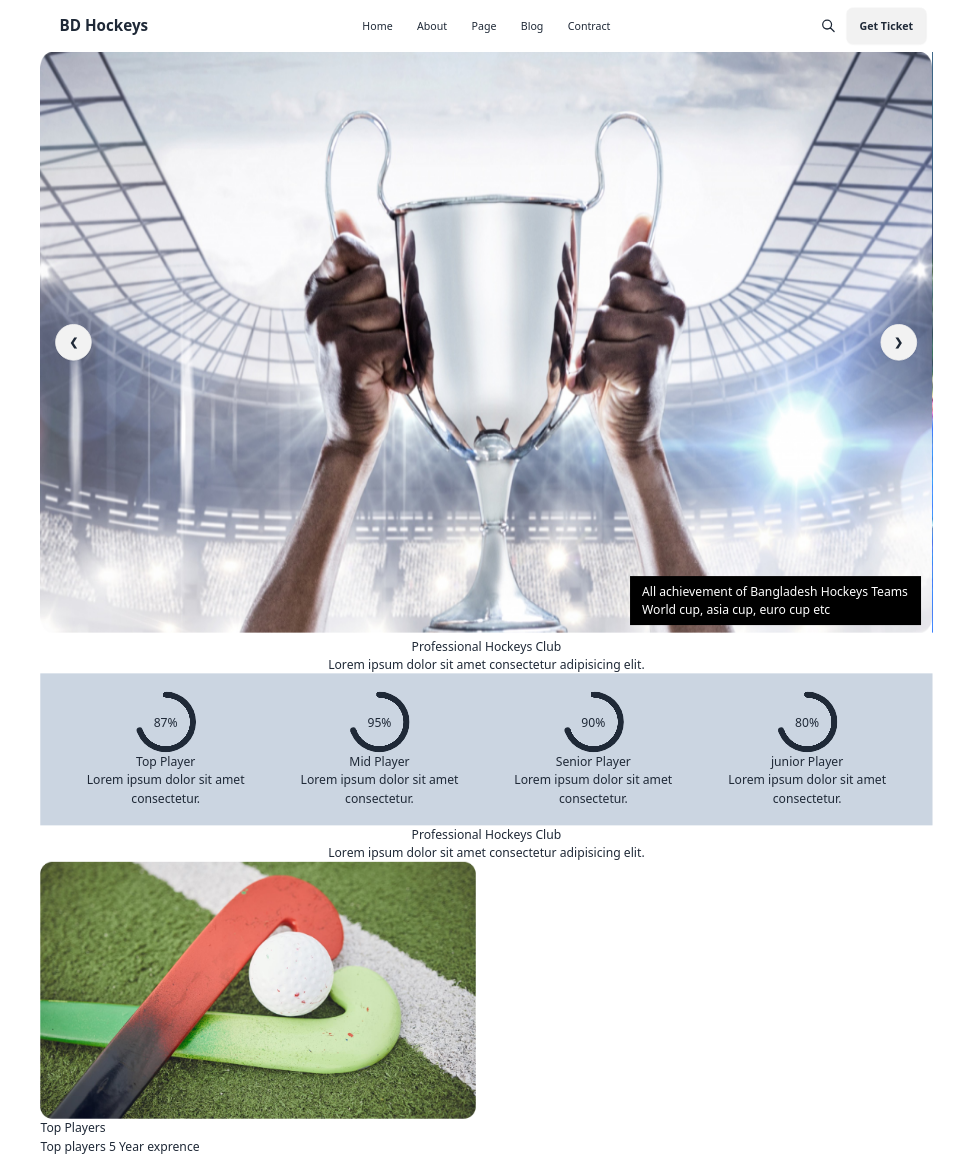
Repository: sumonkumarsarkar/bd-hockeys-team
Page: index.html
The author's editor kept a copy of each file at every save. The page is drawn from the files as they stood at one save, then again after the next save.
The browser window is 1280 px wide. The pictures show the whole page, at 76% of full size.
Some web libraries are served in a nearby version.

Above is the page before, as saved 2024-01-23 15:58:00.

After the next save:
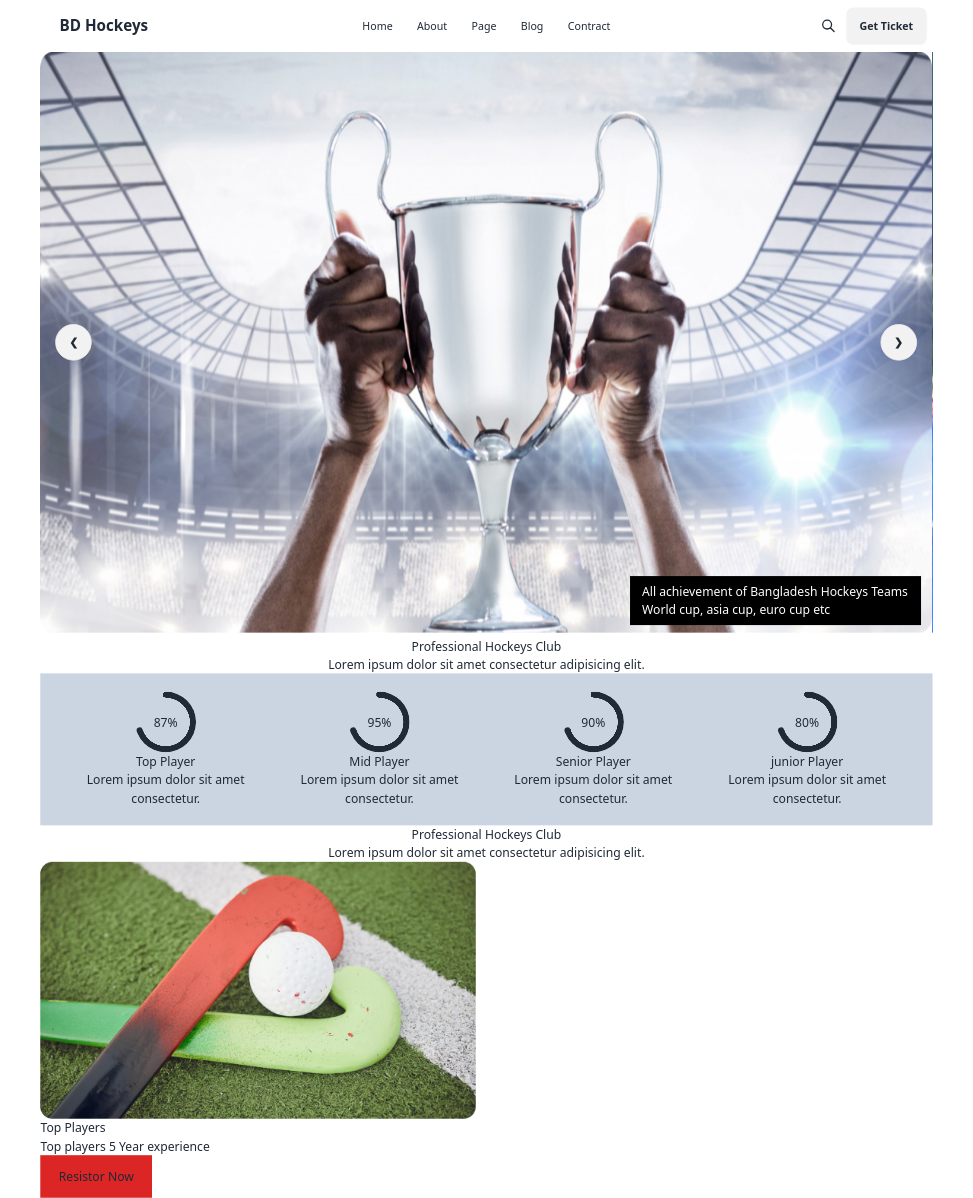
Saved 83 s later.
--- a/index.html
+++ b/index.html
@@ -149,7 +149,8 @@
  </div>
  <div>
     <h2>Top Players</h2>
-    <p>Top players 5 Year exprence </p>
+    <p>Top players 5 Year experience </p>
+    <button  class="py-4 px-6 bg-red-600" type="button">Resistor Now</button>
  </div>
 
 
